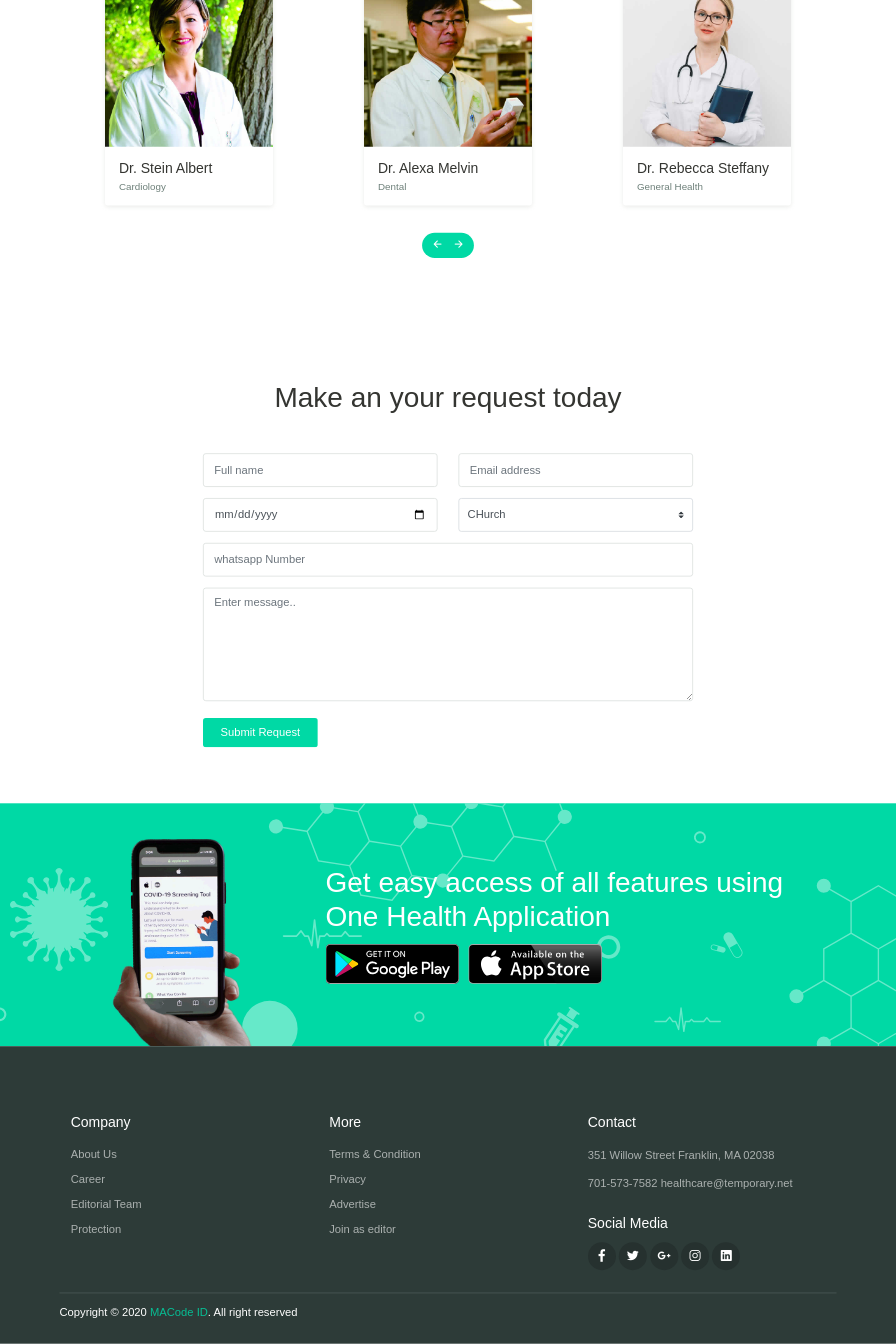
Repository: profbkmurage/myWeb
Page: html/index.html
These files come from the project's save history. The page is drawn as it stood at one moment and after the next save; the edit follows.
The browser window is 1280 px wide. The pictures show the part of the page from y = 1571 to 3491 px (the page is 3491 px tall), at 70% of full size.

Above is the page before, as saved 2023-12-10 16:11:23.

After the next save:
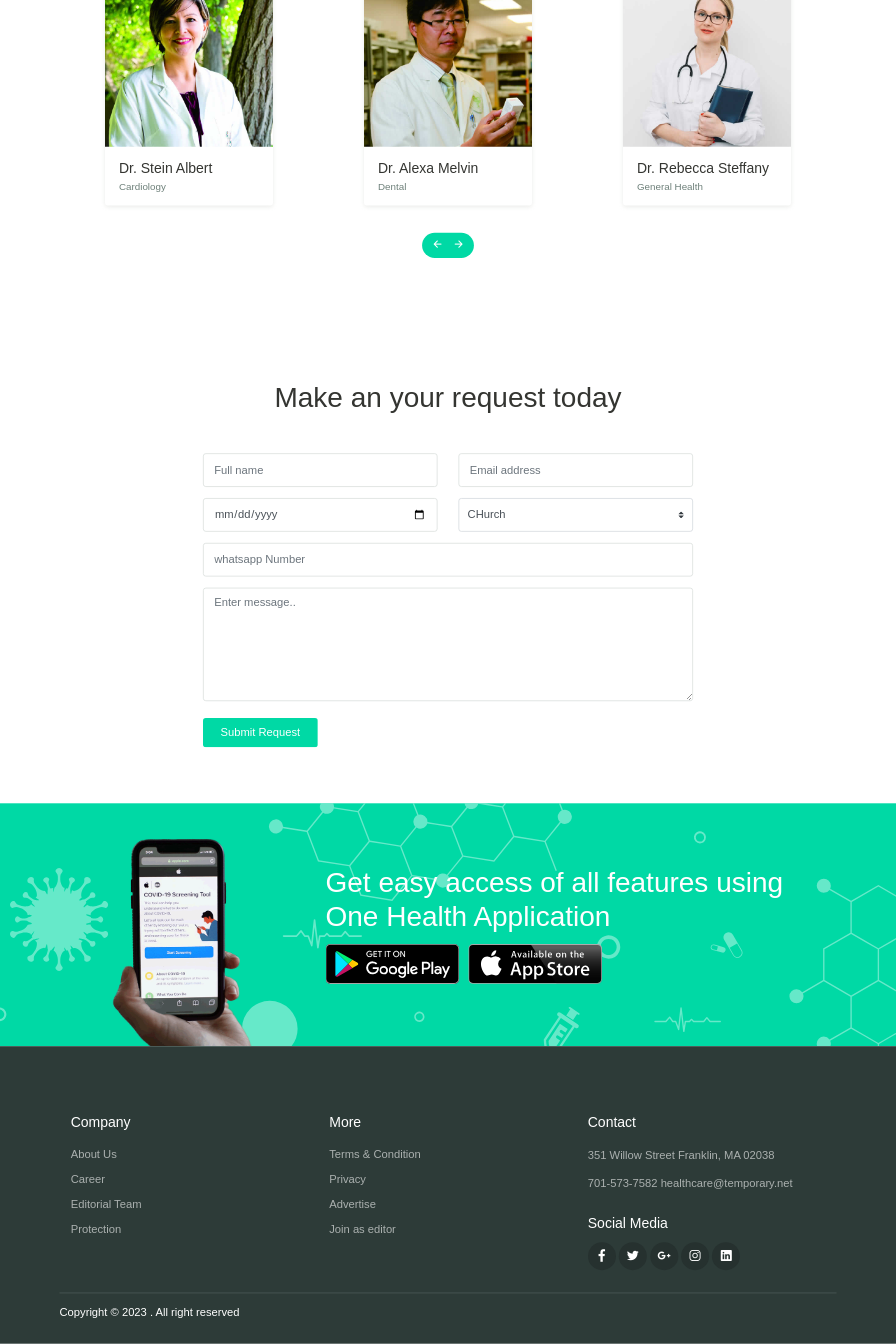
Saved 38 s later.
--- a/html/index.html
+++ b/html/index.html
@@ -421,7 +421,7 @@
 
       <hr>
 
-      <p id="copyright">Copyright &copy; 2020 <a href="https://macodeid.com/" target="_blank">MACode ID</a>. All right reserved</p>
+      <p id="copyright">Copyright &copy; 2023 . All right reserved</p>
     </div>
   </footer>
 
